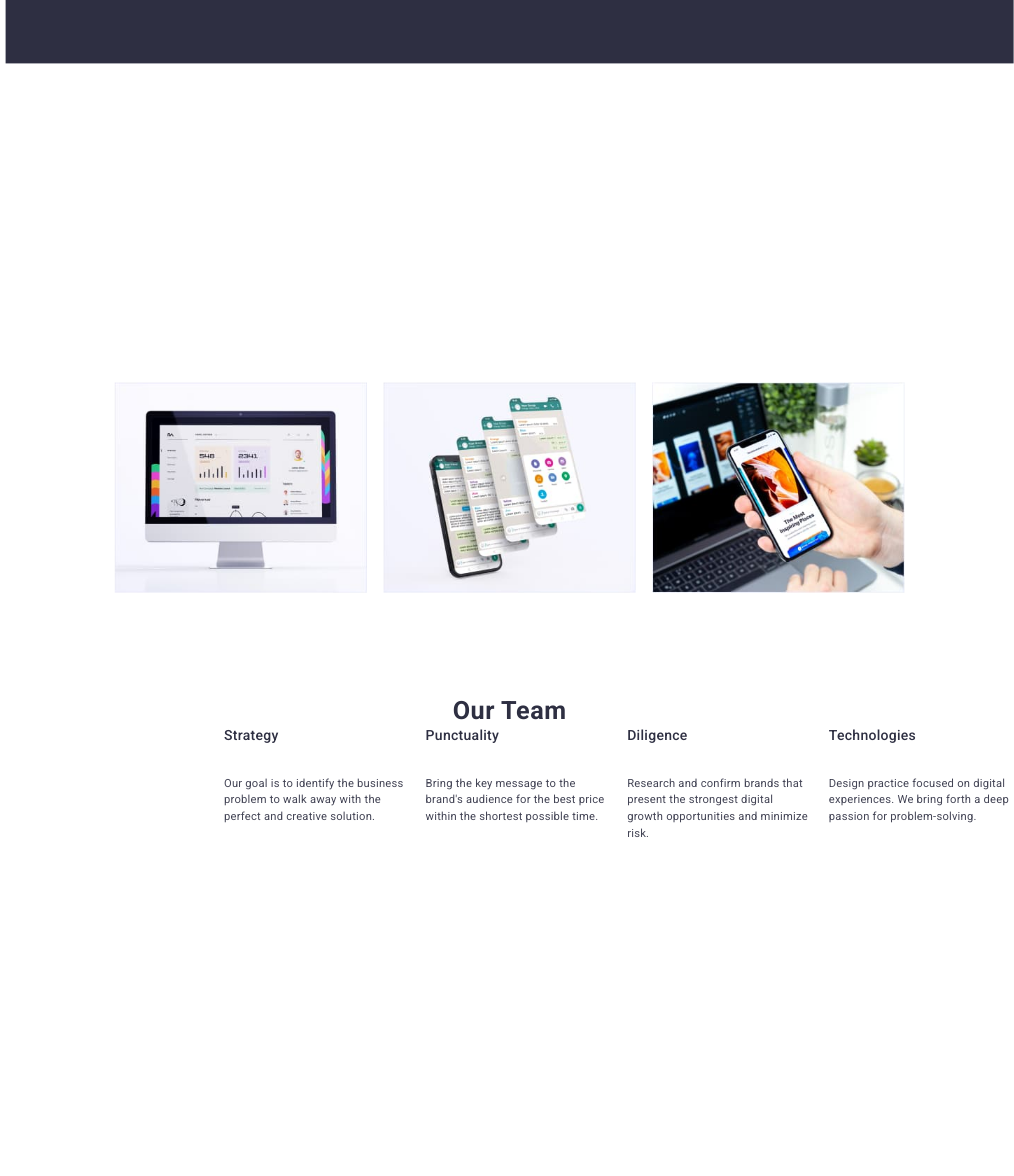
Repository: GrishchenkoNataliya/goit-markup-hw-02
Page: index.html
The author's editor kept a copy of each file at every save. The page is drawn from the files as they stood at one save, then again after the next save.
The browser window is 1280 px wide. The page is 1448 px wide, so the pictures cover 1448 px, including what lies to the right of the window. The pictures show the part of the page from y = 612 to 2292 px (the page is 4918 px tall), at 70% of full size.

Above is the page before, as saved 2023-03-12 10:43:11.

### index.html
<!DOCTYPE html>
<html lang="en">
  <head>
    <meta charset="UTF-8" />
    <meta http-equiv="X-UA-Compatible" content="IE=edge" />
    <meta name="viewport" content="width=device-width, initial-scale=1.0" />

    <link rel="preconnect" href="https://fonts.googleapis.com" />
    <link rel="preconnect" href="https://fonts.gstatic.com" crossorigin />
    <link
      href="https://fonts.googleapis.com/css2?family=Raleway:wght@800&family=Roboto+Mono:wght@600&family=Roboto:wght@400;500;700&display=swap"
      rel="stylesheet"
    />
    <link rel="stylesheet" href="./css/styles.css" />
    <title>homework_2</title>
  </head>
  <body class="body">
    <header class="header">
      <a class="header-logo logo-web" href="./index.html"
        >Web<span class="logo-studio">Studio </span></a
      >
      <nav class="header-nav">
        <ul class="header-list">
          <li class="header-item">
            <a
              class="header-link"
              href=""
              target="_blank"
              rel="noopener noreferrer nofollow"
              >Studio</a
            >
          </li>
          <li class="header-item-portfolio">
            <a
              class="header-link"
              href="./portfolio/portfolio.html"
              target="_blank"
              rel="noopener noreferrer nofollow"
              >Portfolio</a
            >
          </li>
          <li class="header-item">
            <a
              class="header-link"
              href=""
              target="_blank"
              rel="noopener noreferrer nofollow"
              >Contacts</a
            >
          </li>
        </ul>
      </nav>
      <address class="address">
        <ul class="address-list">
          <li class="address-mail">
            <a href="mailto:info@devstudio.com">info@devstudio.com</a>
          </li>
          <li class="address-tel">
            <a href="tel:+110001111111">+11 (000) 111-11-11</a>
          </li>
        </ul>
      </address>
    </header>
    <main class="main">
      <section class="hero">
        <h1 class="hero-title">Effective Solutions for Your Business</h1>
        <button class="hero-btn" type="button">Order Service</button>
        <!-- Dark-bg -->
      </section>

      <section class="feature1">
        <h2 hidden>Большой заголовок</h2>
        <ul class="feature1-list">
          <li class="feature1-item1">
            <h3 class="feature1-title">Strategy</h3>
            <p class="feature1-text">
              Our goal is to identify the business problem to walk away with the
              perfect and creative solution.
            </p>
          </li>
          <li class="feature1-item2">
            <h3 class="feature1-title">Punctuality</h3>
            <p class="feature1-text">
              Bring the key message to the brand's audience for the best price
              within the shortest possible time.
            </p>
          </li>
          <li class="feature1-item3">
            <h3 class="feature1-title">Diligence</h3>
            <p class="feature1-text">
              Research and confirm brands that present the strongest digital
              growth opportunities and minimize risk.
            </p>
          </li>
          <li class="feature1-item4">
            <h3 class="feature1-title">Technologies</h3>
            <p class="feature1-text">
              Design practice focused on digital experiences. We bring forth a
              deep passion for problem-solving.
            </p>
          </li>
        </ul>
      </section>

      <section class="feature2">
        <h2 class="feature2-title">What are we doing</h2>
        <ul class="feature2-list">
          <li class="feature2-item-1">
            <img
              src="./images/pages1/Rectangle71-1.jpg"
              alt="Rectangle 71-1"
              width="360"
            />
          </li>
          <li class="feature2-item-2">
            <img
              src="./images/pages1/Rectangle71-2.jpg"
              alt="Rectangle 71-2"
              width="360"
            />
          </li>
          <li class="feature2-item-3">
            <img
              src="./images/pages1/Rectangle71-3.jpg"
              alt="Rectangle 71-3"
              width="360"
            />
          </li>
        </ul>
      </section>

      <section class="feature3">
        <h2 class="feature3-title-h2">Our Team</h2>
        <ul class="feature3-list">
          <li class="feature3-item1">
            <img
              src="./images/pages1/img1.jpg"
              alt="Mark Guerrero"
              width="264"
              height="260"
            />
            <h3 class="feature3-title">Mark Guerrero</h3>
            <p class="feature3-subtitle">Product Designer</p>
          </li>
          <li class="feature3-item2">
            <img
              src="./images/pages1/img2.jpg"
              alt="Tom Ford"
              width="264"
              height="260"
            />
            <h3 class="feature3-title">Tom Ford</h3>
            <p class="feature3-subtitle">Frontend Developer</p>
          </li>
          <li class="feature3-item3">
            <img
              src="./images/pages1/img3.jpg"
              alt="Camila Garcia"
              width="264"
              height="260"
            />
            <h3 class="feature3-title">Camila Garcia</h3>
            <p class="feature3-subtitle">Marketing</p>
          </li>
          <li class="feature3-item4">
            <img
              src="./images/pages1/img4.jpg"
              alt="Daniel Wilson"
              width="264"
              height="260"
            />
            <h3 class="feature3-title">Daniel Wilson</h3>
            <p class="feature3-subtitle">UI Designer</p>
          </li>
        </ul>
      </section>
    </main>
    <footer class="footer">
      <div class="footer-div">
        <a class="header-logo logo-web" href="./index.html"
          >Web<span class="logo-studio-footer">Studio </span></a
        >
        <p class="footer-text">
          Increase the flow of customers and sales for your business with
          digital marketing & growth solutions.
        </p>
        <!-- Dark-bg -->
      </div>
    </footer>
  </body>
</html>

### css/styles.css
body {
  font-family: "Roboto", sans-serif;
  /* font-family: open-; */

  position: relative;
  width: 1440px;
  height: 2592px;
  color: #434455;
  background: #ffffff;
}
/* @font-face {
  font-family: Roboto-500;
  src: url(../fonts/);
}
Підключення шрифта з папки fonts */

.header {
  /* position: absolute;
  width: 1440px;
  height: 72px;
  left: 0px;
  top: 0px; */
  display: flex;
  flex-direction: row;
  align-items: center;
  padding: 0px;

  position: absolute;
  width: 115px;
  height: 24px;
  left: 156px;
  top: 24px;
}

.header-logo {
  display: flex;
  flex-direction: row;
  align-items: center;
  padding: 0px;

  position: absolute;
  width: 115px;
  height: 24px;
  left: 156px;
  top: 24px;
}
.header-nav {
}
.logo-web {
  width: 44px;
  height: 21px;

  font-family: "Raleway";
  font-style: normal;
  font-weight: 800;
  font-size: 18px;
  line-height: 21px;
  /* identical to box height, or 117% */

  display: flex;
  align-items: center;
  letter-spacing: 0.03em;
  text-transform: uppercase;
  color: #4d5ae5;
}
.logo-studio {
  color: black;
}
.header-list {
  /* font-family: "Roboto";
  font-style: normal; потрібен для адреси, це нахил */
  font-weight: 500;
  font-size: 16px;
  line-height: 1.5;
  letter-spacing: 0.02em;
  color: #2e2f42;
}
.header-item {
}
.header-link {
  width: 48px;
  height: 24px;
  font-style: normal;
  font-weight: 500;
  font-size: 16px;
  line-height: 1.5;
  /* 24/16=1.5 */
  letter-spacing: 0.02em;
  color: #2e2f42;
  flex: none;
  order: 0;
  flex-grow: 0;
}

.address {
}
.address-list {
  font-style: normal;
  font-weight: 400;
  font-size: 16px;
  line-height: 1.5;
  letter-spacing: 0.02em;
  color: #434455;
}
.address-mail {
  position: absolute;
  width: 153px;
  height: 24px;
  left: 940px;
  top: 24px;
}
.address-tel {
  position: absolute;
  width: 151px;
  height: 24px;
  left: 1133px;
  top: 24px;
  color: #434455;
}
.main {
}
/* section hero */
.hero {
  position: absolute;
  width: 1440px;
  height: 600px;
  left: 0px;
  top: 72px;
  background: #2e2f42;
}
.hero-title {
  font-family: "Roboto";
  font-style: normal;
  font-weight: 700;
  font-size: 56px;
  line-height: 1.07;
  text-align: center;
  letter-spacing: 0.02em;
  color: #ffffff;
}
.hero-btn {
  position: absolute;
  width: 169px;
  height: 56px;
  left: 636px;
  top: 428px;
  background: #4d5ae5;
  box-shadow: 0px 4px 4px rgba(0, 0, 0, 0.15);
  border-radius: 4px;
}
/* section 1 */
.feature-one {
}
.feature1-list {
  position: absolute;
  width: 1128px;
  height: 104px;
  left: 156px;
  top: 792px;
}
.feature1-item1 {
  display: flex;
  flex-direction: column;
  align-items: flex-start;
  padding: 0px;
  gap: 8px;

  position: absolute;
  width: 264px;
  height: 104px;
  left: 156px;
  top: 792px;
}
.feature1-item2 {
  display: flex;
  flex-direction: column;
  align-items: flex-start;
  padding: 0px;
  gap: 8px;

  position: absolute;
  width: 264px;
  height: 104px;
  left: 444px;
  top: 792px;
}
.feature1-item3 {
  display: flex;
  flex-direction: column;
  align-items: flex-start;
  padding: 0px;
  gap: 8px;

  position: absolute;
  width: 264px;
  height: 104px;
  left: 732px;
  top: 792px;
}
.feature1-item4 {
  display: flex;
  flex-direction: column;
  align-items: flex-start;
  padding: 0px;
  gap: 8px;

  position: absolute;
  width: 264px;
  height: 104px;
  left: 1020px;
  top: 792px;
}
.feature1-title {
  font-family: "Roboto";
  font-style: normal;
  font-weight: 500;
  font-size: 20px;
  line-height: 1.2;
  letter-spacing: 0.02em;
  color: #2e2f42;
}
.feature1-text {
  font-family: "Roboto";
  font-style: normal;
  font-weight: 400;
  font-size: 16px;
  line-height: 1.5;
  letter-spacing: 0.02em;
  color: #434455;
}
/* section 2 */
.feature-two {
  position: absolute;
  width: 1128px;
  height: 412px;
  left: 156px;
  top: 1016px;
}
.feature2-title {
  font-family: "Roboto";
  font-style: normal;
  font-weight: 700;
  font-size: 36px;
  line-height: 1.1;
  text-align: center;
  letter-spacing: 0.02em;
  text-transform: capitalize;
  color: #2e2f42;
}
.feature2-list {
}
.feature2-item-1 {
  display: flex;
  flex-direction: column;
  align-items: flex-start;
  padding: 0px;

  position: absolute;
  width: 360px;
  height: 300px;
  left: 156px;
  top: 1128px;
}
.feature2-item-2 {
  display: flex;
  flex-direction: column;
  align-items: flex-start;
  padding: 0px;

  position: absolute;
  width: 360px;
  height: 300px;
  left: 540px;
  top: 1128px;
}
.feature2-item-3 {
  display: flex;
  flex-direction: column;
  align-items: flex-start;
  padding: 0px;

  position: absolute;
  width: 360px;
  height: 300px;
  left: 924px;
  top: 1128px;
}
/* section 3 */
.feature3 {
  position: absolute;
  width: 1440px;
  height: 732px;
  left: 0px;
  top: 1548px;
}
.feature3-title-h2 {
  font-family: "Roboto";
  font-style: normal;
  font-weight: 700;
  font-size: 36px;
  line-height: 1.1;
  text-align: center;
  letter-spacing: 0.02em;
  text-transform: capitalize;
  color: #2e2f42;
}
.feature3-list {
}
.feature3-item1 {
  display: flex;
  flex-direction: column;
  justify-content: center;
  align-items: center;
  padding: 0px 0px 32px;
  gap: 32px;

  position: absolute;
  width: 264px;
  height: 380px;
  left: 156px;
  top: 1780px;
}
.feature3-item2 {
  display: flex;
  flex-direction: column;
  justify-content: center;
  align-items: center;
  padding: 0px 0px 32px;
  gap: 32px;

  position: absolute;
  width: 264px;
  height: 380px;
  left: 444px;
  top: 1780px;
}
.feature3-item3 {
  display: flex;
  flex-direction: column;
  justify-content: center;
  align-items: center;
  padding: 0px 0px 32px;
  gap: 32px;

  position: absolute;
  width: 264px;
  height: 380px;
  left: 732px;
  top: 1780px;
}
.feature3-item4 {
  display: flex;
  flex-direction: column;
  justify-content: center;
  align-items: center;
  padding: 0px 0px 32px;
  gap: 32px;

  position: absolute;
  width: 264px;
  height: 380px;
  left: 1020px;
  top: 1780px;
}
.feature3-title {
  font-family: "Roboto";
  font-style: normal;
  font-weight: 500;
  font-size: 20px;
  line-height: 1.2;
  text-align: center;
  letter-spacing: 0.02em;
  color: #2e2f42;
}
.feature3-subtitle {
  font-family: "Roboto";
  font-style: normal;
  font-weight: 400;
  font-size: 16px;
  line-height: 1.2;
  text-align: center;
  letter-spacing: 0.02em;
  color: #434455;
}
.footer {
  display: flex;
  flex-direction: row;
  align-items: center;
  padding: 0px;

  /* position: absolute;
  width: 115px;
  height: 24px;
  left: 156px;
  top: 2380px; */

  position: absolute;
  width: 1440px;
  height: 312px;
  left: 0px;
  top: 2380px;
  background: #2e2f42;
}
.footer-div {
  display: flex;
  flex-direction: row;
  align-items: center;
  padding: 0px;
  width: 264px;
  height: 112px;
  left: 156px;
  top: 2380px;
}
.logo-studio-footer {
  color: #f4f4fd;
}

.footer-text {
  position: absolute;
  width: 264px;
  height: 72px;
  left: 156px;
  top: 2420px;
  font-family: "Roboto";
  font-style: normal;
  font-weight: 400;
  font-size: 16px;
  line-height: 1.2;
  letter-spacing: 0.02em;
  color: #f4f4fd;
}
.main-portfolio {
}
/* -------------portfolio-section---------- */
.portfolio-section {
}
.portfolio-list {
  display: flex;
  flex-direction: row;
  align-items: flex-start;
  padding: 0px;
  gap: 24px;

  position: absolute;
  width: 586px;
  height: 48px;
  left: 427px;
  top: 168px;
}
.portfolio-item-all {
  display: flex;
  flex-direction: row;
  align-items: flex-start;
  padding: 12px 24px;

  width: 69px;
  height: 48px;
  background: #404bbf;
  box-shadow: 0px 3px 1px rgba(0, 0, 0, 0.1), 0px 2px 1px rgba(0, 0, 0, 0.08),
    0px 2px 2px rgba(0, 0, 0, 0.12);
  border-radius: 4px;
  flex: none;
  order: 0;
  flex-grow: 0;
}
.portfolio-btn {
}
.portfolio-label-all {
  font-family: "Roboto";
  font-style: normal;
  font-weight: 500;
  font-size: 16px;
  line-height: 24px;
  display: flex;
  align-items: center;
  text-align: center;
  letter-spacing: 0.04em;
  color: #ffffff;
}
.portfolio-item {
}
.portfolio-btn {
  display: flex;
  flex-direction: row;
  justify-content: center;
  align-items: center;
  padding: 12px 24px;
  width: 116px;
  height: 48px;
  background: #f4f4fd;
  border: 1px solid #e7e9fc;
  border-radius: 4px;
}
.portfolio-label {
  font-family: "Roboto";
  font-style: normal;
  font-weight: 500;
  font-size: 16px;
  line-height: 1.2;
  display: flex;
  align-items: center;
  text-align: center;
  letter-spacing: 0.04em;
  color: #4d5ae5;
  flex: none;
  order: 0;
  flex-grow: 0;
}

/* .portfolio-btn3 {
  width: 78px;
} */

/* .portfolio-btn4 {
  width: 101px;
} */

/* .portfolio-btn5 {
  width: 126px;
} */

/* -------portfolio-section2---- */
.portfolio-section {
  position: absolute;
  left: 8.33%;
  right: 8.33%;
  top: 0%;
  bottom: 0%;
}
.portfolio-section-list-first {
  display: block;
  margin: 8px;
  position: absolute;
  width: 1128px;
  height: 420px;
  left: 156px;
  top: 288px;
}

.project-card-first {
  width: 360px;
  height: 420px;
  left: 156px;
  top: 288px;
  background: #ffffff;
  border: 1px solid #e7e9fc;
}

.portfolio-title {
  font-family: "Roboto";
  font-style: normal;
  font-weight: 500;
  font-size: 20px;
  line-height: 1.2;
  letter-spacing: 0.02em;
  color: #2e2f42;
}
.portfolio-text {
  font-family: "Roboto";
  font-style: normal;
  font-weight: 400;
  font-size: 16px;
  line-height: 1.5;
  letter-spacing: 0.02em;
  color: #434455;
}
.project-card-second {
  left: 540px;
}

.project-card-last {
  left: 924px;
}

.portfolio-section-list-second {
  position: absolute;
  width: 1128px;
  height: 420px;
  left: 156px;
  top: 756px;
}
.portfolio-section-list-last {
  position: absolute;
  width: 1128px;
  height: 420px;
  left: 156px;
  top: 1224px;
}

After the next save:
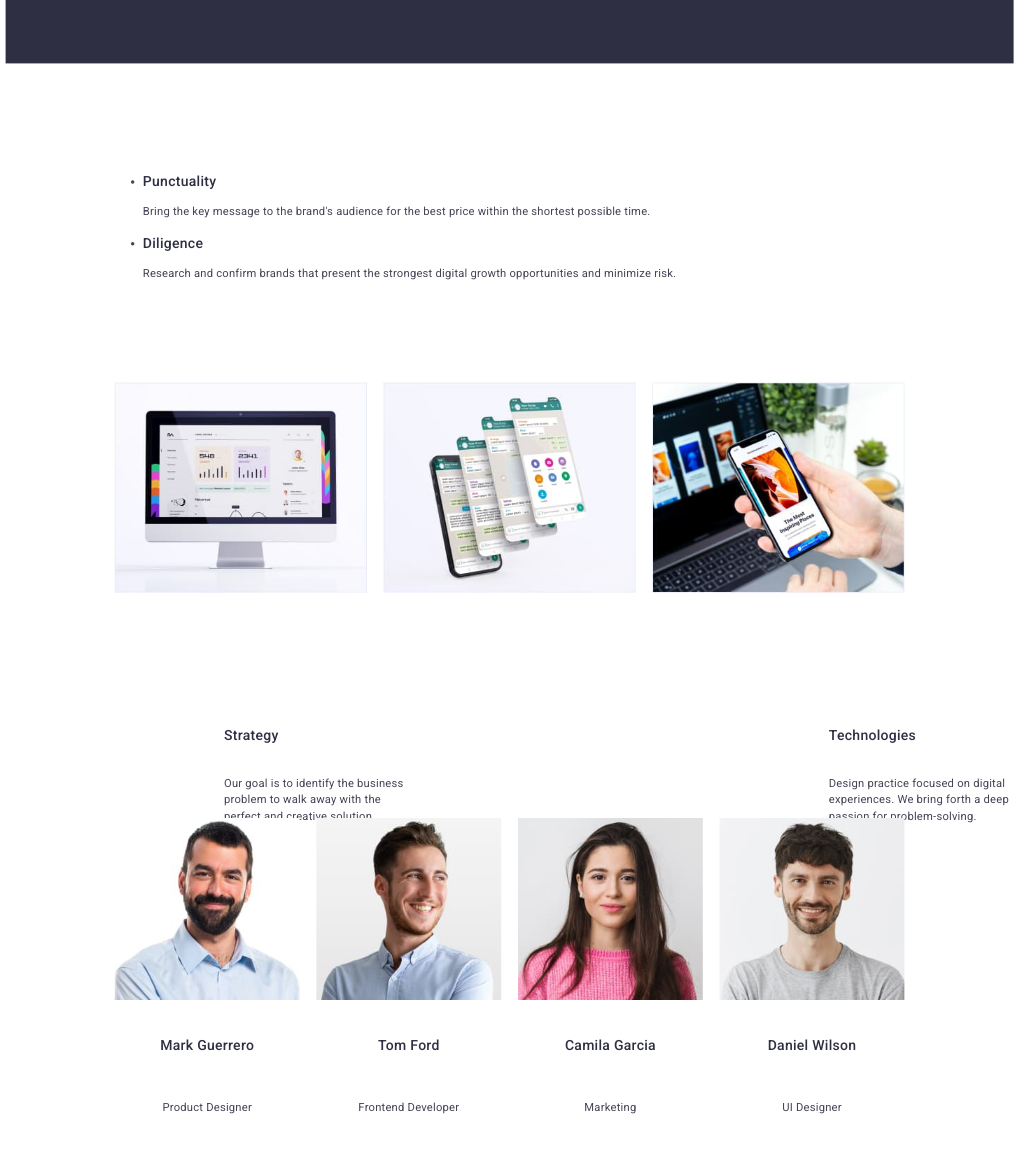
Saved 12 s later.
--- a/index.html
+++ b/index.html
@@ -68,7 +68,7 @@
         <!-- Dark-bg -->
       </section>
 
-      <section class="feature1">
+      <section class="feature-one">
         <h2 hidden>Большой заголовок</h2>
         <ul class="feature1-list">
           <li class="feature1-item1">
@@ -78,14 +78,14 @@
               perfect and creative solution.
             </p>
           </li>
-          <li class="feature1-item2">
+          <li class="feature1-item-two">
             <h3 class="feature1-title">Punctuality</h3>
             <p class="feature1-text">
               Bring the key message to the brand's audience for the best price
               within the shortest possible time.
             </p>
           </li>
-          <li class="feature1-item3">
+          <li class="feature1-item-three">
             <h3 class="feature1-title">Diligence</h3>
             <p class="feature1-text">
               Research and confirm brands that present the strongest digital
@@ -102,7 +102,7 @@
         </ul>
       </section>
 
-      <section class="feature2">
+      <section class="feature">
         <h2 class="feature2-title">What are we doing</h2>
         <ul class="feature2-list">
           <li class="feature2-item-1">
@@ -129,7 +129,7 @@
         </ul>
       </section>
 
-      <section class="feature3">
+      <section class="feature">
         <h2 class="feature3-title-h2">Our Team</h2>
         <ul class="feature3-list">
           <li class="feature3-item1">
